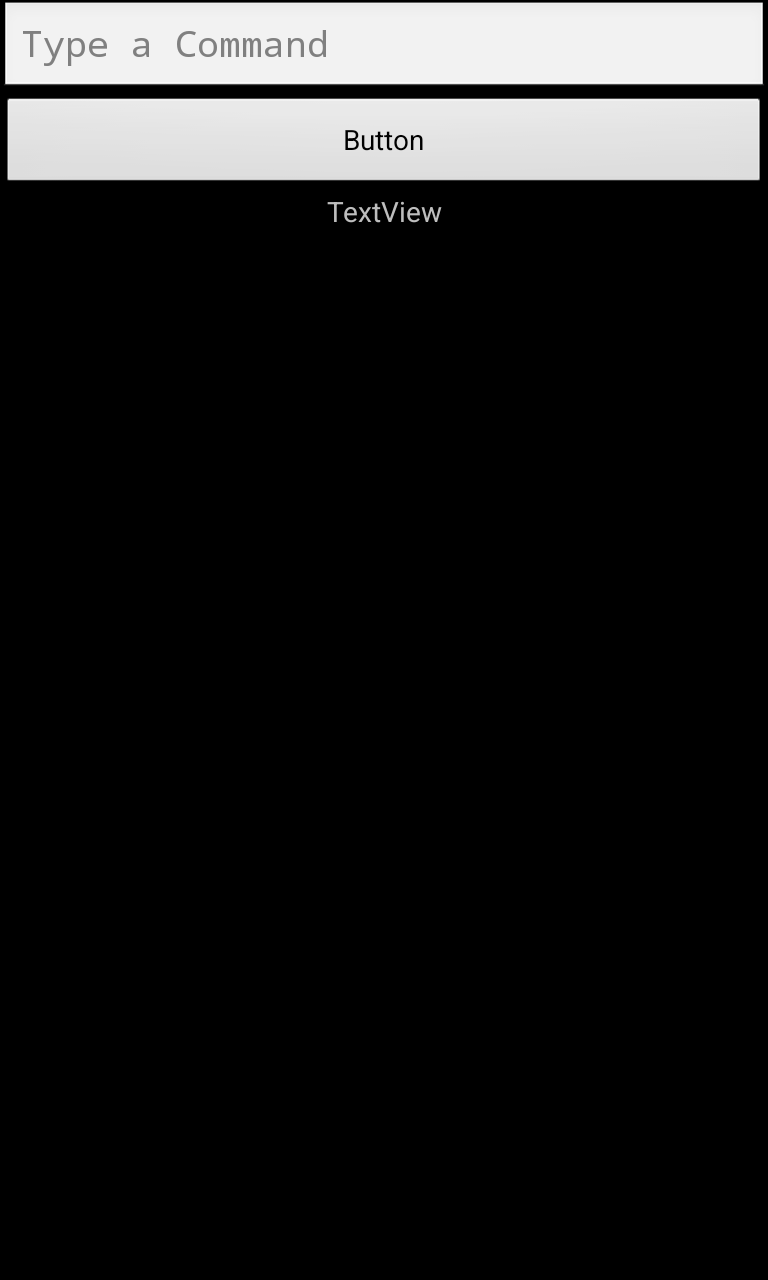
Repository: mattytemple/LearningAndroid
Layout: The New Boston/res/layout/text.xml
These files come from the project's save history. The layout is drawn as it stood at one moment and after the next save; the edit follows.
It is drawn on a 768 x 1280 px phone screen (xhdpi) without system bars, with theme android:Theme; the app's code is not run.

Above is the layout before, as saved 2011-08-23 15:07:45.

### The New Boston/res/layout/text.xml
<?xml version="1.0" encoding="utf-8"?>
<LinearLayout xmlns:android="http://schemas.android.com/apk/res/android"
	android:orientation="vertical" android:layout_width="match_parent"
	android:layout_height="match_parent">

	<EditText
		android:layout_width="fill_parent"
		android:layout_height="wrap_content"
		android:id="@+id/etCommands"
		android:hint="Type a Command"
		android:password="true"
		/>
	<Button
		android:text="Button"
		android:id="@+id/bResults"
		android:layout_width="fill_parent"
		android:layout_height="wrap_content"
		/>
	<TextView
		android:text="TextView"
		android:id="@+id/ttvResults"
		android:layout_width="fill_parent"
		android:layout_height="wrap_content"
		android:gravity="center"
		/>

</LinearLayout>

After the next save:
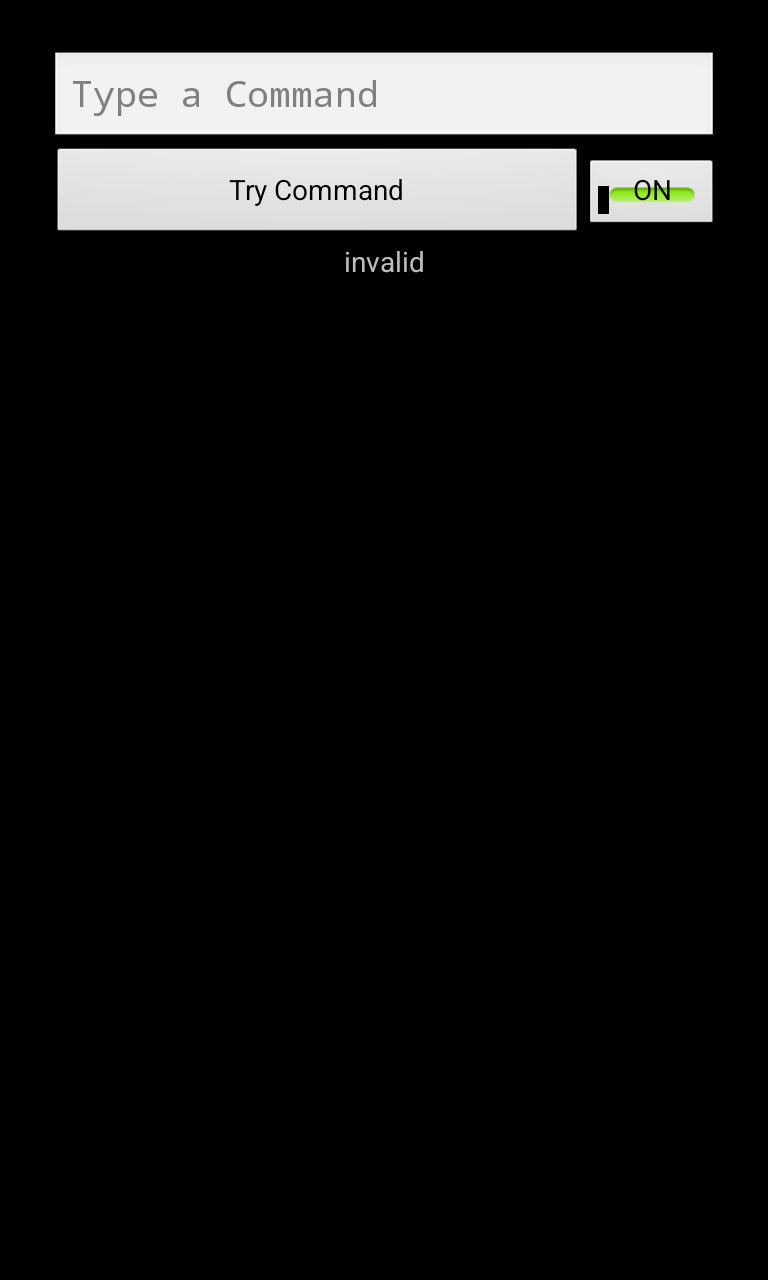
Saved 14 min 28 s later.
--- a/The New Boston/res/layout/text.xml
+++ b/The New Boston/res/layout/text.xml
@@ -1,5 +1,6 @@
 <?xml version="1.0" encoding="utf-8"?>
 <LinearLayout xmlns:android="http://schemas.android.com/apk/res/android"
+	android:padding="25dp"
 	android:orientation="vertical" android:layout_width="match_parent"
 	android:layout_height="match_parent">
 
@@ -10,14 +11,27 @@
 		android:hint="Type a Command"
 		android:password="true"
 		/>
+		<LinearLayout android:weightSum="100" android:layout_width="fill_parent" android:layout_height="wrap_content" android:orientation="horizontal" >
 	<Button
-		android:text="Button"
+		android:text="Try Command"
 		android:id="@+id/bResults"
 		android:layout_width="fill_parent"
+		android:layout_weight="20"
 		android:layout_height="wrap_content"
 		/>
+	<ToggleButton
+		android:text="ToggleButton"
+		android:id="@+id/tbPassword"
+		android:layout_width="fill_parent"
+		android:layout_weight="80"
+		android:paddingBottom="10dp"
+		android:checked="true"
+		android:layout_height="wrap_content"
+		/>
+	</LinearLayout>
+
 	<TextView
-		android:text="TextView"
+		android:text="invalid"
 		android:id="@+id/ttvResults"
 		android:layout_width="fill_parent"
 		android:layout_height="wrap_content"
